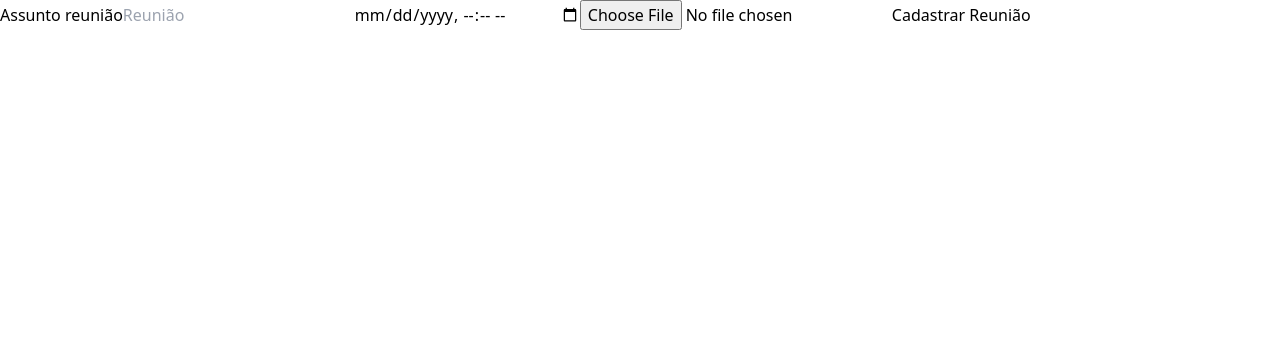
Repository: TamiBeira/meeting
Page: /
The author's editor kept a copy of each file at every save. The page is drawn from the files as they stood at one save, then again after the next save.
The browser window is 1280 px wide. The pictures show the whole page.
The project was rebuilt for these pictures with package versions that can differ from the ones it lists, and the page was loaded fresh each time. Also part of the build but not shown: vite.config.ts.

Above is the page before, as saved 2024-02-26 10:46:29.

### index.html
<!doctype html>
<html lang="pt">
  <head>
    <meta charset="UTF-8" />
    <meta name="viewport" content="width=device-width, initial-scale=1.0" />
    <title>Meeting</title>
  </head>
  <body>
    <div id="root"></div>
    <script type="module" src="/src/main.tsx"></script>
  </body>
</html>

### src/app.tsx
import { Calendar } from "./components/Calendar"
import { Form } from "./components/Form"

export function App() {
  return(
    <main>
      <Form />
    </main>
  )
}

### src/components/Form.tsx
import { useState } from "react";

export const Form = () =>{
    const [data, setData] = useState();
    const [hora, setHora] = useState();
    const [imagem, setImagem] = useState();
    const [title, setTitle] = useState();

    return(
        <main>
            <div>
                <label htmlFor="reuniao">Assunto reunião</label>
                <input type="text" placeholder="Reunião" id="reuniao"/>
                <input type="datetime-local" name="" id="" />
                <input type="file" name="" id="" />
                <button>Cadastrar Reunião</button>
            </div>
        </main>
    )
}

### tailwind.config.js
/** @type {import('tailwindcss').Config} */
export default {
  content: [
    "./index.html",
    "./src/**/*.tsx",
  ],
  theme: {
    extend: {},
  },
  plugins: [],
}

Loaded but not shown: src/main.tsx (common file); src/index.css (common file)

After the next save:
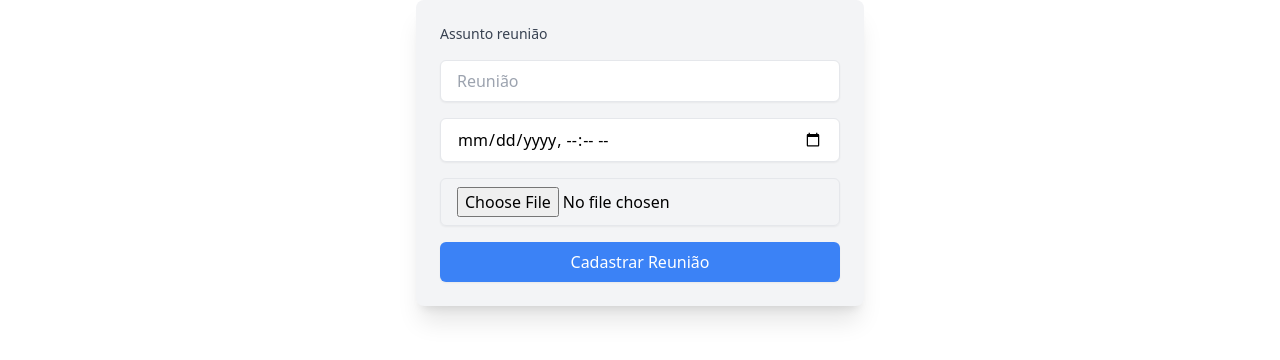
Saved 92 s later.
--- a/src/components/Form.tsx
+++ b/src/components/Form.tsx
@@ -7,13 +7,13 @@ export const Form = () =>{
     const [title, setTitle] = useState();
 
     return(
-        <main>
-            <div>
-                <label htmlFor="reuniao">Assunto reunião</label>
-                <input type="text" placeholder="Reunião" id="reuniao"/>
-                <input type="datetime-local" name="" id="" />
-                <input type="file" name="" id="" />
-                <button>Cadastrar Reunião</button>
+        <main className="mx-auto max-w-md p-6 bg-gray-100 rounded-lg shadow-xl">
+            <div className="space-y-4">
+                <label htmlFor="reuniao" className="block text-sm font-medium text-gray-700">Assunto reunião</label>
+                <input type="text" placeholder="Reunião" id="reuniao" className="block w-full px-4 py-2 border rounded-md shadow-sm focus:outline-none focus:ring-blue-500 focus:border-blue-500"/>
+                <input type="datetime-local" name="" id="" className="block w-full px-4 py-2 border rounded-md shadow-sm focus:outline-none focus:ring-blue-500 focus:border-blue-500"/>
+                <input type="file" name="" id="" className="block w-full px-4 py-2 border rounded-md shadow-sm focus:outline-none focus:ring-blue-500 focus:border-blue-500"/>
+                <button className="block w-full px-4 py-2 bg-blue-500 text-white rounded-md shadow-sm hover:bg-blue-600 focus:outline-none focus:ring-blue-500 focus:border-blue-500">Cadastrar Reunião</button>
             </div>
         </main>
     )
